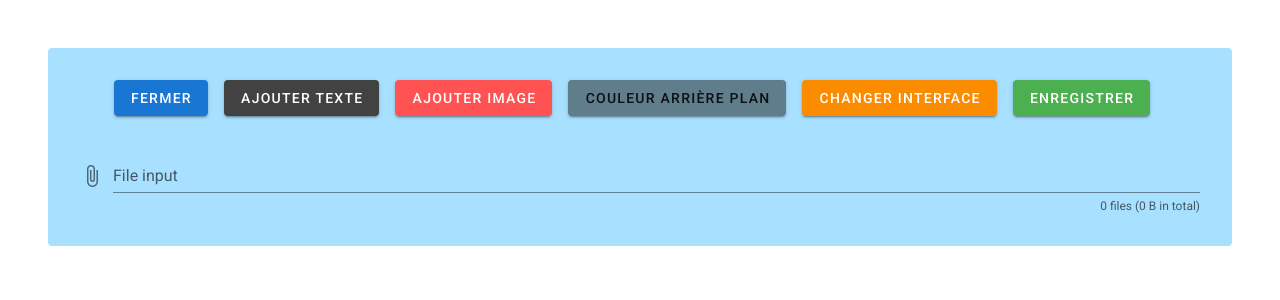
Repository: Hamagistral/BannerApp-Vue
Page: /#/dynamicPage
These files come from the project's save history. The page is drawn as it stood at one moment and after the next save; the edit follows.
The browser window is 1280 px wide. The pictures show the whole page.
The project was rebuilt for these pictures with package versions that can differ from the ones it lists, and the page was loaded fresh each time. Also part of the build but not shown: vue.config.js, src/components/WidgetText.vue, src/components/WidgetImage.vue, src/components/Home.vue.

Above is the page before, as saved 2023-02-07 01:50:31.

After the next save:
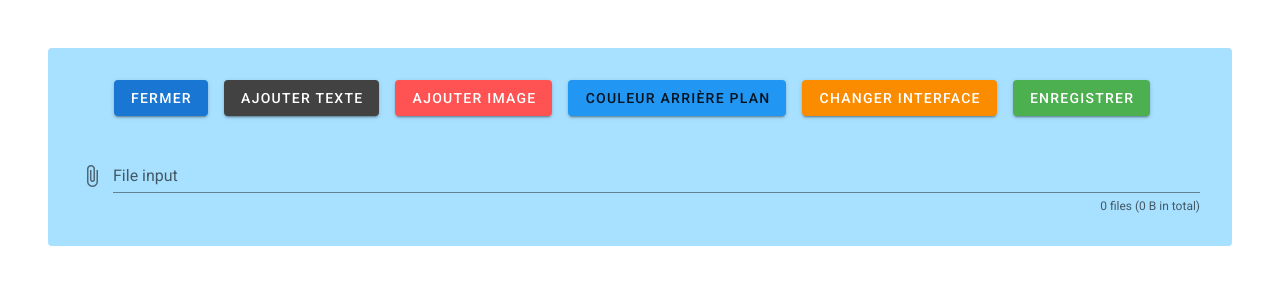
Saved 4 s later.
--- a/src/components/DynamicPage.vue
+++ b/src/components/DynamicPage.vue
@@ -14,7 +14,7 @@
           Ajouter Image
         </v-btn>
 
-        <v-btn color="blue-grey" class="mr-4">
+        <v-btn color="blue" class="mr-4">
               Couleur Arrière Plan
               <template v-slot:append>
                 <v-menu v-model="menu" top nudge-bottom="105" nudge-left="16" :close-on-content-click="false">
